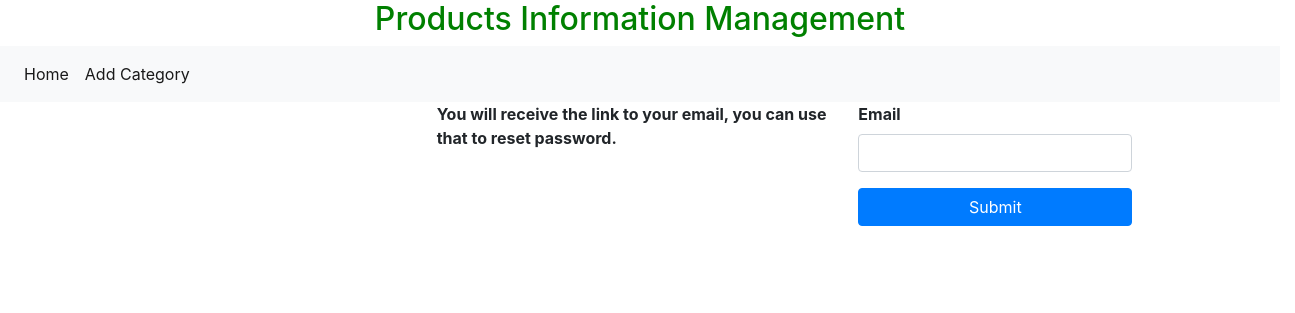
Repository: vipulpatil78/laravel_stuff
Page: http://localhost/forgot-password
These files come from the project's save history. The page is drawn as it stood at one moment and after the next save; the edit follows.
The browser window is 1280 px wide. The page is 1295 px wide, so the pictures cover 1295 px, including what lies to the right of the window. The pictures show the whole page.
The page is served by the project's Laravel application, run on PHP 8.4 with Laravel 10. Other server files are loaded and not shown.

Above is the page before, as saved 2024-02-09 12:08:35.

### routes/web.php
<?php

use App\Http\Controllers\AuthController;
use App\Http\Controllers\ForgotPasswordController;
use Illuminate\Support\Facades\Route;

use App\Http\Controllers\CategoryController;
use App\Http\Controllers\ProductController;
use App\Http\Controllers\TagController;

/*
|--------------------------------------------------------------------------
| Web Routes
|--------------------------------------------------------------------------
|
| Here is where you can register web routes for your application. These
| routes are loaded by the RouteServiceProvider and all of them will
| be assigned to the "web" middleware group. Make something great!
|
*/

Route::get('/', function () {
    return view('welcome');
})->name('welcome');

Route::get('login', [AuthController::class, 'login'])->name('login.user');
Route::post('/user/logout', [AuthController::class, 'logout'])->name('logout');
Route::get('register', [AuthController::class, 'register'])->name('register');
Route::post('register', [AuthController::class, 'createUser'])->name('user.create');
Route::post('login', [AuthController::class, 'loginAuthenticate'])->name('login.auth');
Route::middleware(['auth'])->group(function () {
    Route::resource('categories', CategoryController::class);
    Route::resource('products', ProductController::class);
    Route::resource('tags', TagController::class);
});
Route::get('forgot-password', [ForgotPasswordController::class, 'forgotPassword'])->name('forgotpassword');

Route::post('forgot-password', [ForgotPasswordController::class, 'forgotPasswordPost'])->name('forgot.password');

### app/Http/Controllers/ForgotPasswordController.php
<?php

namespace App\Http\Controllers;

use Illuminate\Contracts\View\View;
use Illuminate\Http\RedirectResponse;
use Illuminate\Http\Request;

class ForgotPasswordController extends Controller
{
    public function forgotPassword() : View {
        return view('auth.forgot-password');
    }

    public function forgotPasswordPost(Request $request) : RedirectResponse {

    }
}

### resources/views/auth/forgot-password.blade.php
@extends('layouts.app')
    @section('content')
        <div class="row">
            <div class="col-md-4" ></div>
            <div class="col-md-4 justity-content-center">
                <form action={{ route('forgot.password') }} method=POST>
                    <strong>You will receive the link to your email, you can use that to reset password.</div>
                    <div class="form-group">
                        @if(Session::has('status'))
                            <div class="alert alert-success" role="alert">
                                {{ Session::get('status') }}
                            </div>
                        @endif
                        @if(Session::has('error'))
                            <div class="alert alert-danger" role="alert">
                                {{ Session::get('error') }}
                            </div>
                        @endif
                        @csrf
                        <div class="mb-3">
                            <label for="username" class="form-label">Email</label>
                            <input type="email" class="form-control" id="email" name="email" value="{{ old('email') }}">
                            @error('email')
                                <div class="error">{{ $message }}</div>
                            @enderror
                        </div>
                        <button type="submit" class="btn btn-primary" style="width:100%">Submit</button>
                    </div>
                </form>
            </div>
        </div>
    @endsection

### resources/views/layouts/app.blade.php
<!DOCTYPE html>
<html lang="en">
<head>
    <meta charset="UTF-8">
    <title>Product Info Management</title>
    <link rel="stylesheet" href="https://stackpath.bootstrapcdn.com/bootstrap/4.5.2/css/bootstrap.min.css" >
    <script src="https://code.jquery.com/jquery-3.5.1.slim.min.js"></script>
    <script src="https://stackpath.bootstrapcdn.com/bootstrap/4.5.2/js/bootstrap.min.js"></script>
    <style>
        .error {
            color:red;
        }
    </style>
</head>
<body>
    <div class="row">
        <div class="col-lg-12 margin-tb">
            <div style="text-align:center;color:green;">
                <h2>Products Information Management</h2>
            </div>
            <nav class="navbar navbar-expand-lg navbar-light bg-light">
                <div class="collapse navbar-collapse" id="navbarNav">
                    <ul class="navbar-nav">
                        <li class="nav-item active">
                            <a class="nav-link" href="{{ route('categories.index') }}">Home</a>
                        </li>
                        <li class="nav-item active">
                            <a class="nav-link" href="{{ route('categories.create') }}">Add Category</a>
                        </li>
                        @auth
                            <li class="nav-item active">
                                <form action={{ route('logout') }} method=POST>
                                    @csrf
                                    <button>Logout</button>
                                </form>
                            </li>
                            <li class="nav-item active">
                                <p>Welcome {{ Auth::user()->name }}</p>
                            </li>
                        @endauth
                    </ul>
                </div>
            </nav>
        </div>
    </div>
    @yield('content')
</body>

Loaded but not shown: app/Http/Controllers/Controller.php (common file)

After the next save:
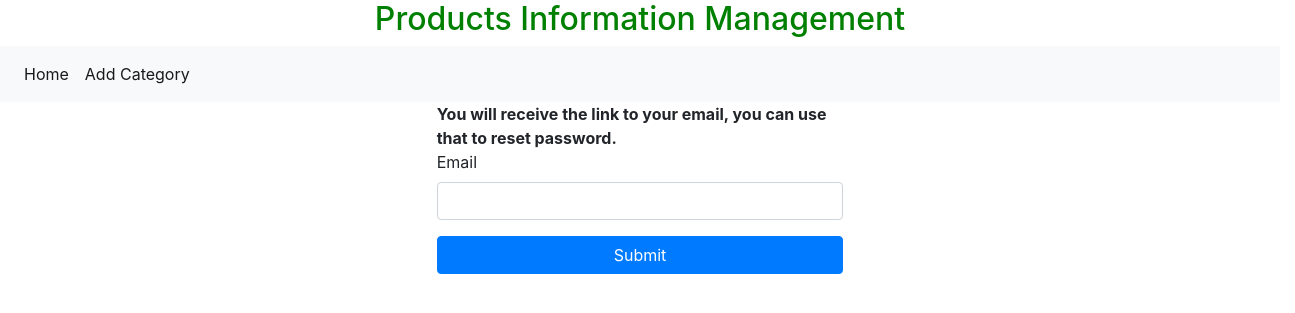
Saved 4 s later.
--- a/resources/views/auth/forgot-password.blade.php
+++ b/resources/views/auth/forgot-password.blade.php
@@ -4,7 +4,7 @@
             <div class="col-md-4" ></div>
             <div class="col-md-4 justity-content-center">
                 <form action={{ route('forgot.password') }} method=POST>
-                    <strong>You will receive the link to your email, you can use that to reset password.</div>
+                    <strong>You will receive the link to your email, you can use that to reset password.</strong>
                     <div class="form-group">
                         @if(Session::has('status'))
                             <div class="alert alert-success" role="alert">
